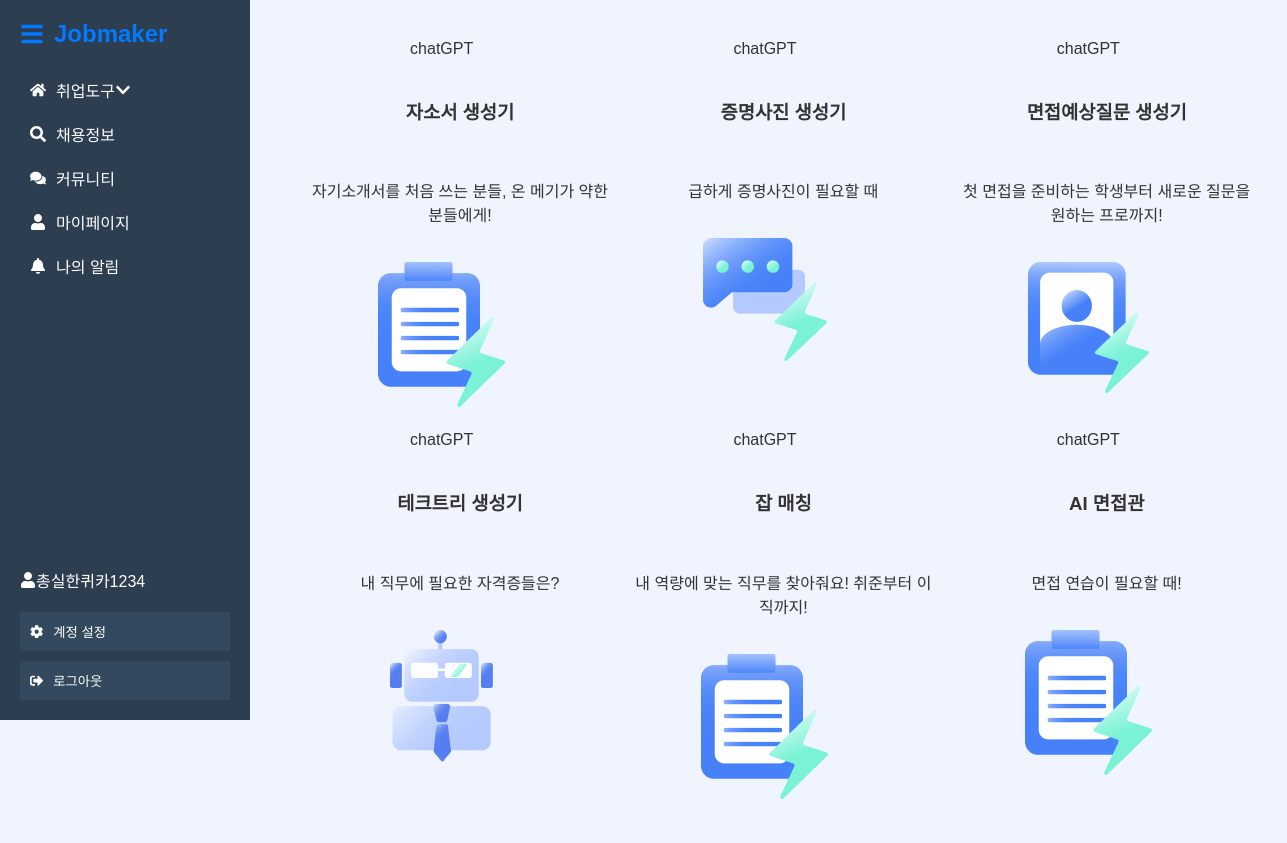
Repository: HSfac/jobmaker
Page: /main
An editor plug-in stored every save of this project. The page is shown before and after the next save, followed by the edit.
The browser window is 1280 px wide. The page is 1280 px wide, then 1287 px, so the pictures cover 1287 px, including what lies to the right of the window. The pictures show the whole page.
The project was rebuilt for these pictures with package versions that can differ from the ones it lists, and the page was loaded fresh each time. Also part of the build but not shown: src/components/Header.jsx, src/components/Footer.css, src/components/Footer.jsx, src/pages/LandingPage.jsx, src/pages/InfosPage.jsx, src/pages/CommunityPage.jsx, src/pages/MyPage.jsx, src/components/SocialLoginButton.css and 15 more.

Above is the page before, as saved 2024-07-13 18:07:42.

After the next save:
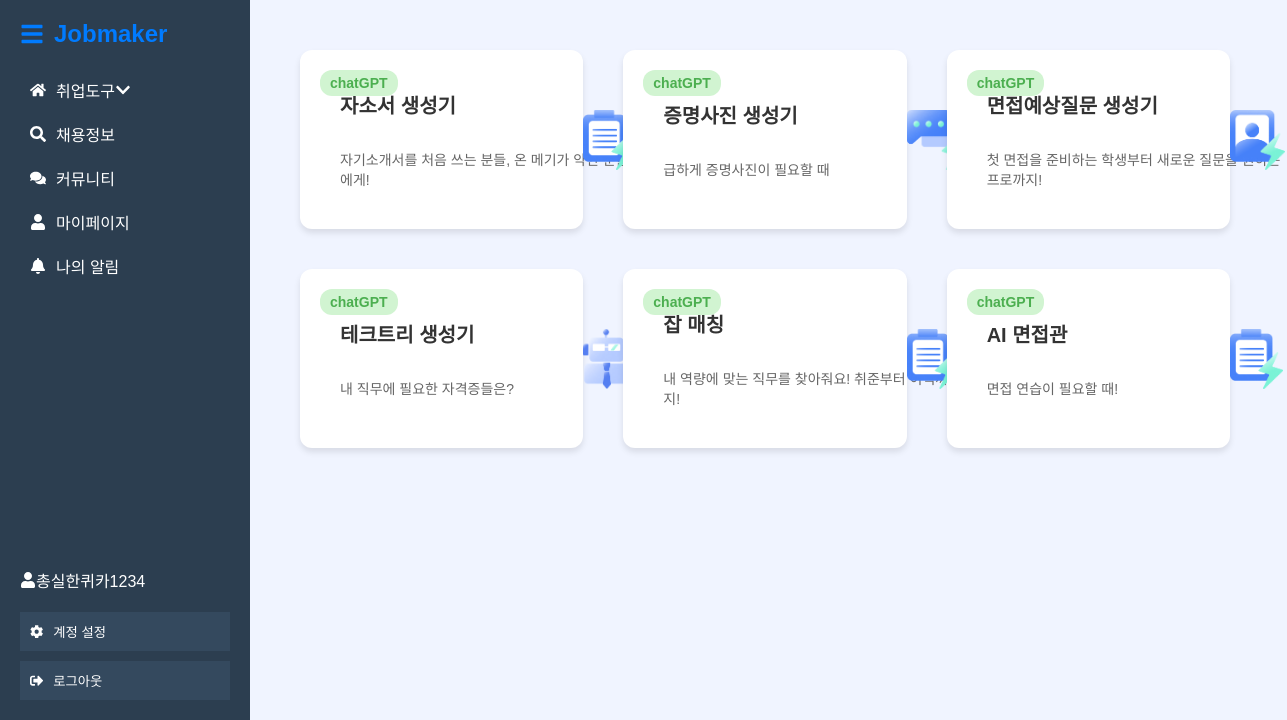
Saved 15 s later.
--- a/src/components/ToolCard.css
+++ b/src/components/ToolCard.css
@@ -1,24 +1,54 @@
-import React from 'react';
-import { useNavigate } from 'react-router-dom';
-import './ToolCard.css';
+.tool-card {
+  background-color: #ffffff;
+  border-radius: 12px;
+  padding: 20px;
+  margin: 10px;
+  display: flex;
+  flex-direction: row;
+  align-items: center;
+  cursor: pointer;
+  box-shadow: 0 4px 6px rgba(0, 0, 0, 0.1);
+  transition: transform 0.3s, box-shadow 0.3s;
+  position: relative;
+}
 
-const ToolCard = ({ title, description, image, link }) => {
-  const navigate = useNavigate();
+.tool-card:hover {
+  transform: translateY(-5px);
+  box-shadow: 0 8px 12px rgba(0, 0, 0, 0.15);
+}
 
-  const handleClick = () => {
-    navigate(link);
-  };
+.badge {
+  position: absolute;
+  top: 20px;
+  left: 20px;
+  background-color: #d1f4d1;
+  color: #4caf50;
+  border-radius: 12px;
+  padding: 5px 10px;
+  font-size: 14px;
+  font-weight: bold;
+}
 
-  return (
-    <div className="tool-card" onClick={handleClick}>
-      <div className="badge">chatGPT</div>
-      <div className="content">
-        <h3>{title}</h3>
-        <p>{description}</p>
-      </div>
-      <img src={image} alt={title} className="icon" />
-    </div>
-  );
-};
+.content {
+  flex-grow: 1;
+  text-align: left;
+}
 
-export default ToolCard;
+.icon {
+  width: 60px;
+  height: 60px;
+  margin-left: 20px;
+}
+
+h3 {
+  margin: 0 0 10px;
+  font-size: 20px;
+  font-weight: 700;
+  color: #333;
+}
+
+p {
+  margin: 0;
+  font-size: 14px;
+  color: #666;
+}
